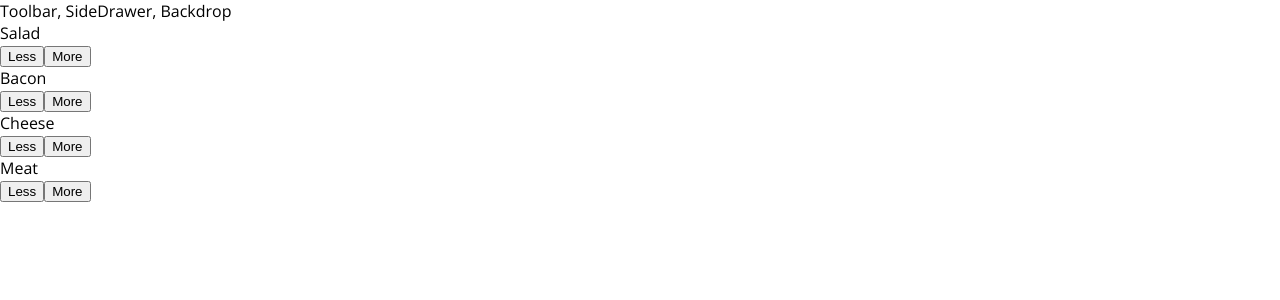
Repository: legil/burger-app
Page: /
An editor plug-in stored every save of this project. The page is shown before and after the next save, followed by the edit.
The browser window is 1280 px wide. The pictures show the whole page.
The project was rebuilt for these pictures with package versions that can differ from the ones it lists, and the page was loaded fresh each time. Also part of the build but not shown: src/components/Layout/Layout.css, src/components/Burger/Burger.css, src/components/Burger/BurgerIngredient/BurgerIngredient.css, src/components/Burger/BuildControls/BuildControls.css, src/components/Burger/BuildControl/BuildControl.css.

Above is the page before, as saved 2019-04-19 01:50:14.

After the next save:
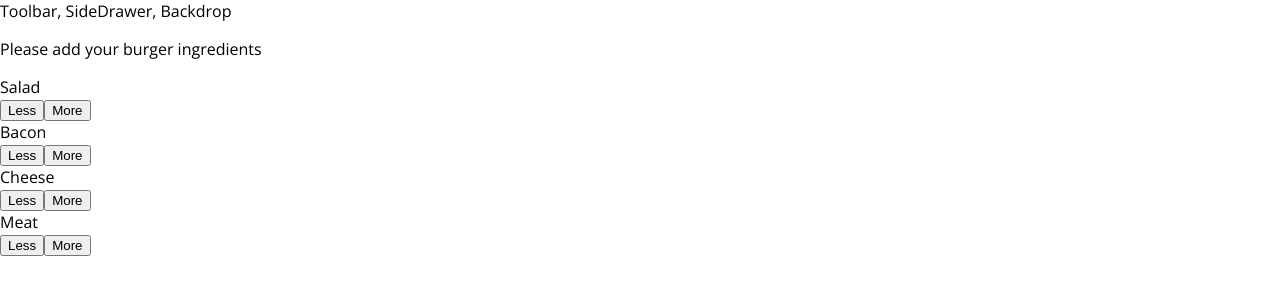
Saved 2 min 11 s later.
--- a/src/containers/BurgerBuilder/BurgerBuilder.js
+++ b/src/containers/BurgerBuilder/BurgerBuilder.js
@@ -20,8 +20,8 @@ class BurgerBuilder extends Component{
 
 state = {
     ingredients: {
-        salad: 1,
-        bacon: 3,
+        salad: 0,
+        bacon: 0,
         cheese: 0,
         meat: 0
     },
